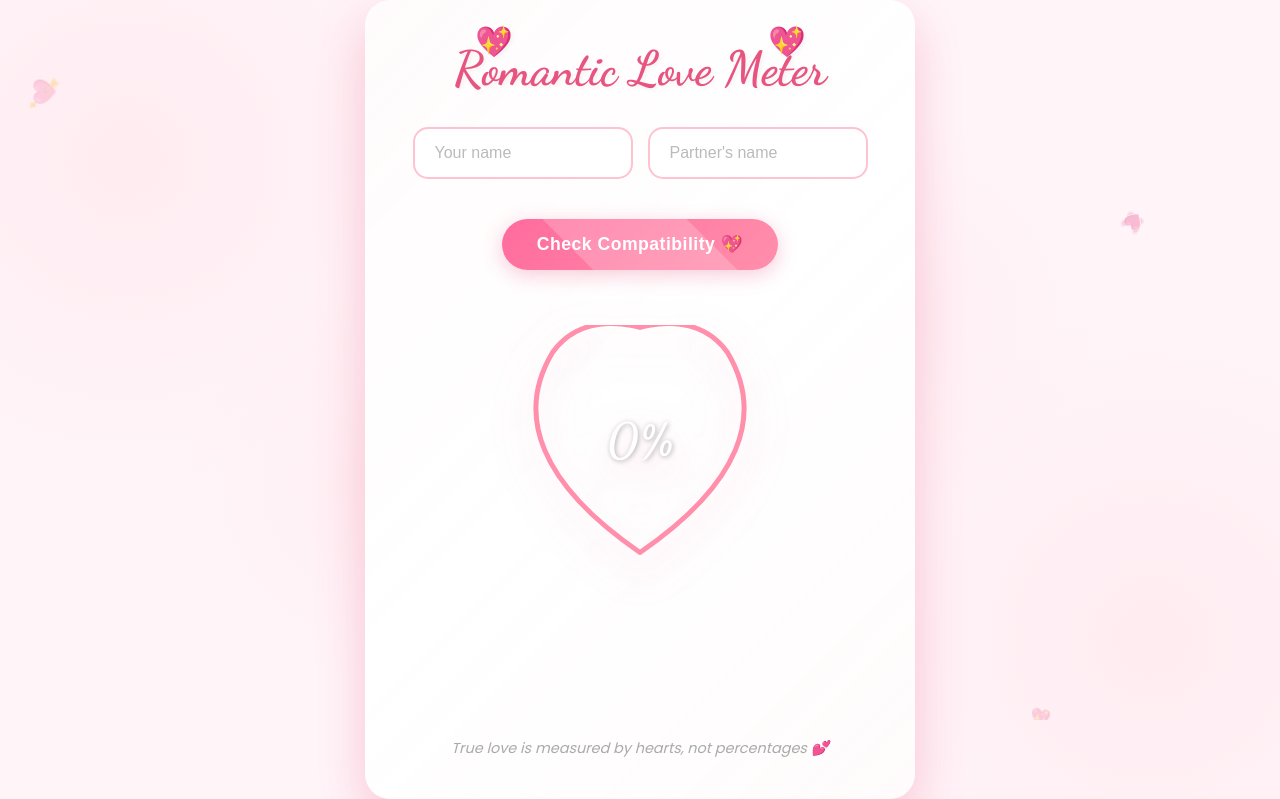
Repository: zhr-nabila/cek-jodoh
Page: cek.html
These files come from the project's save history. The page is drawn as it stood at one moment and after the next save; the edit follows.
The browser window is 1280 px wide. The pictures show the whole page.

Above is the page before, as saved 2025-06-10 00:19:45.

### cek.html
<!DOCTYPE html>
<html lang="en">
<head>
  <meta charset="UTF-8" />
  <meta name="viewport" content="width=device-width, initial-scale=1.0"/>
  <title>Romantic Love Meter</title>
  <link rel="stylesheet" href="https://cdnjs.cloudflare.com/ajax/libs/animate.css/4.1.1/animate.min.css"/>
  <style>
    @import url('https://fonts.googleapis.com/css2?family=Dancing+Script:wght@700&family=Poppins:wght@300;400;500;600&display=swap');

    :root {
      --pink-dark: #e75480;
      --pink-medium: #ff6b9d;
      --pink-light: #ff8fab;
      --pink-soft: #ffc2d1;
      --pink-pale: #fff5f9;
      --shadow-pink: rgba(231, 84, 128, 0.3);
    }

    * {
      box-sizing: border-box;
      margin: 0;
      padding: 0;
    }

    body {
      background-color: var(--pink-pale);
      font-family: 'Poppins', sans-serif;
      text-align: center;
      padding: 0;
      margin: 0;
      min-height: 100vh;
      display: flex;
      justify-content: center;
      align-items: center;
      background-image:
        radial-gradient(circle at 10% 20%, rgba(255, 182, 193, 0.15) 0%, transparent 25%),
        radial-gradient(circle at 90% 80%, rgba(255, 182, 193, 0.15) 0%, transparent 25%),
        radial-gradient(circle at 30% 60%, rgba(255, 182, 193, 0.1) 0%, transparent 20%),
        radial-gradient(circle at 70% 40%, rgba(255, 182, 193, 0.1) 0%, transparent 20%);
      overflow-x: hidden;
    }

    .container {
      background: white;
      border-radius: 25px;
      padding: 40px;
      box-shadow: 0 20px 50px var(--shadow-pink);
      width: 95%;
      max-width: 550px;
      position: relative;
      overflow: hidden;
      transition: transform 0.3s ease;
      z-index: 1;
    }

    .container::before {
      content: '';
      position: absolute;
      top: -10px;
      left: -10px;
      right: -10px;
      bottom: -10px;
      background: linear-gradient(135deg, rgba(255,192,203,0.1) 0%, rgba(255,255,255,0) 50%, rgba(255,192,203,0.1) 100%);
      border-radius: 30px;
      z-index: -1;
      animation: shine 8s infinite;
    }

    @keyframes shine {
      0%, 100% { opacity: 0.3; }
      50% { opacity: 0.8; }
    }

    h1 {
      color: var(--pink-dark);
      font-size: 3rem;
      margin-bottom: 30px;
      font-family: 'Dancing Script', cursive;
      text-shadow: 2px 2px 4px rgba(0,0,0,0.05);
      position: relative;
      animation: fadeInDown 1s ease;
    }

    h1::after, h1::before {
      content: '💖';
      position: absolute;
      font-size: 1.8rem;
      animation: heartbeat 1.5s infinite;
    }

    h1::after {
      top: -15px;
      right: 15%;
    }

    h1::before {
      top: -15px;
      left: 15%;
    }

    .input-group {
      display: flex;
      gap: 15px;
      margin-bottom: 25px;
      justify-content: center;
      animation: fadeIn 1s ease 0.2s both;
    }

    input {
      padding: 15px 20px;
      font-size: 1rem;
      border-radius: 15px;
      border: 2px solid var(--pink-soft);
      width: 100%;
      max-width: 220px;
      transition: all 0.3s;
      background-color: rgba(255,255,255,0.9);
      color: #555;
      font-weight: 500;
    }

    input::placeholder {
      color: #bbb;
      font-weight: 400;
    }

    input:focus {
      outline: none;
      border-color: var(--pink-medium);
      box-shadow: 0 0 0 4px rgba(255,107,157,0.2);
      transform: translateY(-2px);
    }

    button {
      padding: 15px 35px;
      background: linear-gradient(135deg, var(--pink-medium) 0%, var(--pink-light) 100%);
      border: none;
      border-radius: 50px;
      color: white;
      font-size: 1.1rem;
      font-weight: 600;
      cursor: pointer;
      transition: all 0.3s;
      box-shadow: 0 5px 20px var(--shadow-pink);
      margin: 15px 0 25px;
      position: relative;
      overflow: hidden;
      animation: fadeIn 1s ease 0.4s both;
      letter-spacing: 0.5px;
    }

    button:hover {
      transform: translateY(-5px);
      box-shadow: 0 10px 25px rgba(231, 84, 128, 0.5);
      background: linear-gradient(135deg, var(--pink-dark) 0%, var(--pink-medium) 100%);
    }

    button:active {
      transform: translateY(1px);
    }

    button::after {
      content: '';
      position: absolute;
      top: -50%;
      left: -50%;
      width: 200%;
      height: 200%;
      background: rgba(255,255,255,0.2);
      transform: rotate(45deg);
      transition: all 0.7s;
    }

    button:hover::after {
      left: 100%;
    }

    .love-meter-container {
      perspective: 1000px;
      margin: 30px auto;
      animation: fadeIn 1s ease 0.6s both;
    }

    .love-meter {
      position: relative;
      width: 250px;
      height: 230px;
      margin: 0 auto;
      filter: drop-shadow(0 15px 20px rgba(231, 84, 128, 0.25));
      transform-style: preserve-3d;
      transition: transform 0.5s ease;
    }

    .love-meter:hover {
      transform: rotateY(10deg) rotateX(5deg);
    }

    .heart-svg {
      width: 100%;
      height: 100%;
    }

    .love-fill {
      fill: url(#gradientFill);
      transition: y 1.5s cubic-bezier(0.68, -0.55, 0.27, 1.55),
                 height 1.5s cubic-bezier(0.68, -0.55, 0.27, 1.55);
    }

    .percentage {
      position: absolute;
      top: 50%;
      left: 50%;
      transform: translate(-50%, -50%);
      font-size: 3rem;
      font-weight: bold;
      color: white;
      text-shadow: 1px 1px 5px rgba(0,0,0,0.3);
      font-family: 'Dancing Script', cursive;
      transition: all 0.3s;
    }

    .message {
      font-size: 1.3rem;
      margin: 20px 0;
      color: var(--pink-dark);
      min-height: 60px;
      padding: 0 20px;
      line-height: 1.5;
      opacity: 0;
      transform: translateY(10px);
      transition: all 0.5s ease-out 0.5s;
      font-weight: 500;
    }

    .message.show {
      opacity: 1;
      transform: translateY(0);
    }

    .couple-names {
      display: flex;
      justify-content: center;
      align-items: center;
      gap: 15px;
      font-size: 1.5rem;
      color: var(--pink-dark);
      font-weight: 600;
      margin-bottom: 15px;
      opacity: 0;
      transform: scale(0.9);
      transition: all 0.5s ease-out 0.3s;
    }

    .couple-names.show {
      opacity: 1;
      transform: scale(1);
    }

    .heart-icon {
      color: var(--pink-medium);
      font-size: 1.8rem;
      animation: heartbeat 1.5s infinite;
      display: inline-block;
      transform-origin: center;
    }

    @keyframes heartbeat {
      0% { transform: scale(1); }
      25% { transform: scale(1.1); }
      50% { transform: scale(1); }
      75% { transform: scale(1.1); }
      100% { transform: scale(1); }
    }

    .floating-hearts {
      position: fixed;
      width: 100%;
      height: 100%;
      top: 0;
      left: 0;
      pointer-events: none;
      z-index: -1;
      overflow: hidden;
    }

    .floating-heart {
      position: absolute;
      font-size: 1rem;
      color: var(--pink-light);
      opacity: 0;
      animation: float-up 4s linear forwards;
      z-index: -1;
    }

    @keyframes float-up {
      0% {
        transform: translateY(100vh) rotate(0deg) scale(0.5);
        opacity: 0;
      }
      10% { opacity: 0.8; }
      100% {
        transform: translateY(-20vh) rotate(360deg) scale(1.2);
        opacity: 0;
      }
    }

    .sparkle {
      position: absolute;
      width: 5px;
      height: 5px;
      background-color: #fff;
      border-radius: 50%;
      pointer-events: none;
      opacity: 0;
      animation: sparkle 1s forwards;
    }

    @keyframes sparkle {
      0% {
        transform: scale(0);
        opacity: 0;
      }
      50% {
        opacity: 0.8;
      }
      100% {
        transform: scale(2);
        opacity: 0;
      }
    }

    .ripple {
      position: absolute;
      border-radius: 50%;
      background-color: rgba(255, 255, 255, 0.6);
      transform: scale(0);
      pointer-events: none;
      animation: ripple 1s ease-out;
    }

    @keyframes ripple {
      to {
        transform: scale(4);
        opacity: 0;
      }
    }

    .confetti {
      position: absolute;
      width: 10px;
      height: 10px;
      background-color: var(--pink-light);
      opacity: 0;
      animation: confetti-fall 3s linear forwards;
    }

    @keyframes confetti-fall {
      0% {
        transform: translateY(-100vh) rotate(0deg);
        opacity: 1;
      }
      100% {
        transform: translateY(100vh) rotate(360deg);
        opacity: 0;
      }
    }

    .footer-note {
      margin-top: 30px;
      font-size: 0.9rem;
      color: #aaa;
      font-style: italic;
      animation: fadeIn 1s ease 0.8s both;
    }

    @media (max-width: 600px) {
      .container {
        padding: 30px 20px;
        width: 95%;
      }

      h1 {
        font-size: 2.5rem;
      }

      h1::after, h1::before {
        font-size: 1.5rem;
      }

      .input-group {
        flex-direction: column;
        align-items: center;
        gap: 15px;
      }

      input {
        max-width: 100%;
        padding: 12px 15px;
      }

      .love-meter {
        width: 200px;
        height: 180px;
      }

      .percentage {
        font-size: 2.5rem;
      }

      button {
        padding: 12px 25px;
        font-size: 1rem;
      }

      .couple-names {
        font-size: 1.3rem;
      }

      .message {
        font-size: 1.1rem;
      }
    }

    /* Animations */
    @keyframes fadeIn {
      from { opacity: 0; }
      to { opacity: 1; }
    }

    @keyframes fadeInDown {
      from {
        opacity: 0;
        transform: translateY(-20px);
      }
      to {
        opacity: 1;
        transform: translateY(0);
      }
    }

    @keyframes bounceIn {
      from {
        opacity: 0;
        transform: scale(0.5);
      }
      to {
        opacity: 1;
        transform: scale(1);
      }
    }
  </style>
</head>
<body>
  <div class="container">
    <h1 class="animate__animated animate__fadeInDown">Romantic Love Meter</h1>

    <div class="input-group">
      <input type="text" id="name1" placeholder="Your name" class="animate__animated animate__fadeIn" />
      <input type="text" id="name2" placeholder="Partner's name" class="animate__animated animate__fadeIn" />
    </div>

    <button onclick="calculate()" class="animate__animated animate__fadeIn">Check Compatibility 💖</button>

    <div class="love-meter-container">
      <div class="love-meter">
        <svg viewBox="0 0 200 180" class="heart-svg">
          <defs>
            <clipPath id="heartClip">
              <path d="M100 180C20 125 0 70 30 20C55-15 100 0 100 0S145-15 170 20C200 70 180 125 100 180Z"/>
            </clipPath>
            <linearGradient id="gradientFill" x1="0" y1="1" x2="0" y2="0">
              <stop offset="0%" stop-color="#e75480"/>
              <stop offset="50%" stop-color="#ff6b9d"/>
              <stop offset="100%" stop-color="#ff8fab"/>
            </linearGradient>
          </defs>
          <rect class="love-fill" x="0" y="180" width="200" height="0" clip-path="url(#heartClip)" />
          <path d="M100 180C20 125 0 70 30 20C55-15 100 0 100 0S145-15 170 20C200 70 180 125 100 180Z"
                fill="none" stroke="#ff8fab" stroke-width="4" stroke-linejoin="round"/>
        </svg>
        <div class="percentage">0%</div>
      </div>
    </div>

    <div class="couple-names" id="couple-names">
      <span id="name1-output">You</span>
      <span class="heart-icon">❤️</span>
      <span id="name2-output">Partner</span>
    </div>

    <div class="message" id="message"></div>

    <div class="footer-note">True love is measured by hearts, not percentages 💕</div>
  </div>

  <div class="floating-hearts" id="floating-hearts"></div>

  <script>
    function calculateLove(name1, name2) {
      let score = 0;
      const combined = (name1 + name2).toLowerCase();

      // Calculate based on letters
      for (let char of combined) {
        score += char.charCodeAt(0);
      }

      // Add some randomness to make it fun
      const randomFactor = Math.floor(Math.random() * 11); // 0-10

      // Base score between 40-100 with random factor
      return Math.min(40 + (score % 61) + randomFactor, 100);
    }

    function getMessage(score) {
      if (score >= 95) return "Soulmates! Your love is written in the stars ✨💫";
      if (score >= 90) return "Eternal love! Your bond is unbreakable 💖";
      if (score >= 80) return "Perfect match! You're meant to be together 😍";
      if (score >= 70) return "Amazing chemistry! Your love shines bright 🌟";
      if (score >= 60) return "Great potential! Keep nurturing your love ❤️";
      if (score >= 50) return "Good connection! Love will grow with care 🌱";
      if (score >= 40) return "Friendship first! Love may blossom later 😊";
      return "Interesting match! Every love story is unique 💞";
    }

    function createHearts(count = 5) {
      const container = document.getElementById('floating-hearts');
      const heartIcons = ['❤️', '💖', '💗', '💓', '💘', '💝'];

      for (let i = 0; i < count; i++) {
        const heart = document.createElement('div');
        heart.classList.add('floating-heart');
        heart.innerHTML = heartIcons[Math.floor(Math.random() * heartIcons.length)];
        heart.style.left = Math.random() * 100 + 'vw';
        heart.style.animationDuration = Math.random() * 3 + 3 + 's';
        heart.style.fontSize = Math.random() * 20 + 15 + 'px';
        heart.style.animationDelay = Math.random() * 2 + 's';
        container.appendChild(heart);

        setTimeout(() => {
          heart.remove();
        }, 5000);
      }
    }

    function createSparkles(x, y) {
      for (let i = 0; i < 10; i++) {
        const sparkle = document.createElement('div');
        sparkle.classList.add('sparkle');
        sparkle.style.left = x + 'px';
        sparkle.style.top = y + 'px';
        sparkle.style.animationDelay = i * 0.1 + 's';
        document.body.appendChild(sparkle);

        setTimeout(() => {
          sparkle.remove();
        }, 1000);
      }
    }

    function createRipple(x, y) {
      const ripple = document.createElement('div');
      ripple.classList.add('ripple');
      ripple.style.left = x + 'px';
      ripple.style.top = y + 'px';
      document.body.appendChild(ripple);

      setTimeout(() => {
        ripple.remove();
      }, 1000);
    }

    function createConfetti() {
      const colors = ['#ff6b9d', '#ff8fab', '#ffc2d1', '#e75480', '#ffb6c1'];
      const container = document.getElementById('floating-hearts');

      for (let i = 0; i < 50; i++) {
        const confetti = document.createElement('div');
        confetti.classList.add('confetti');
        confetti.style.left = Math.random() * 100 + 'vw';
        confetti.style.backgroundColor = colors[Math.floor(Math.random() * colors.length)];
        confetti.style.width = Math.random() * 10 + 5 + 'px';
        confetti.style.height = Math.random() * 10 + 5 + 'px';
        confetti.style.animationDuration = Math.random() * 2 + 2 + 's';
        container.appendChild(confetti);

        setTimeout(() => {
          confetti.remove();
        }, 3000);
      }
    }

    function animateHeartBeat() {
      const heartIcon = document.querySelector('.heart-icon');
      heartIcon.style.animation = 'none';
      void heartIcon.offsetWidth; // Trigger reflow
      heartIcon.style.animation = 'heartbeat 0.6s ease 3';
    }

    function calculate() {
      const name1 = document.getElementById("name1").value.trim();
      const name2 = document.getElementById("name2").value.trim();
      const loveFill = document.querySelector(".love-fill");
      const percentage = document.querySelector(".percentage");
      const message = document.getElementById("message");
      const name1Output = document.getElementById("name1-output");
      const name2Output = document.getElementById("name2-output");
      const coupleNames = document.getElementById("couple-names");
      const container = document.querySelector(".container");

      if (!name1 || !name2) {
        alert("Please enter both names to measure your love!");
        return;
      }

      // Add click animation
      container.classList.add('animate__animated', 'animate__pulse');
      setTimeout(() => {
        container.classList.remove('animate__animated', 'animate__pulse');
      }, 1000);

      // Update names
      name1Output.textContent = name1 || "You";
      name2Output.textContent = name2 || "Partner";

      // Reset display
      loveFill.setAttribute("y", 180);
      loveFill.setAttribute("height", 0);
      percentage.textContent = "0%";
      message.textContent = "";
      message.classList.remove("show");
      coupleNames.classList.remove("show");

      // Calculate
      const percent = calculateLove(name1, name2);
      const maxHeight = 180;
      const fillHeight = (percent / 100) * maxHeight;

      // Animate after short delay
      setTimeout(() => {
        loveFill.setAttribute("y", maxHeight - fillHeight);
        loveFill.setAttribute("height", fillHeight);

        let current = 0;
        const timer = setInterval(() => {
          current++;
          percentage.textContent = current + "%";

          // Add heartbeat effect when reaching certain percentages
          if (current === 50 || current === 75 || current === percent) {
            animateHeartBeat();
          }

          if (current >= percent) {
            clearInterval(timer);
            message.textContent = getMessage(percent);
            message.classList.add("show");
            coupleNames.classList.add("show");

            // Create celebration effects based on score
            if (percent >= 80) {
              createConfetti();
              for (let i = 0; i < 20; i++) {
                setTimeout(() => {
                  createHearts(5);
                }, i * 100);
              }
            } else if (percent >= 60) {
              for (let i = 0; i < 15; i++) {
                setTimeout(() => {
                  createHearts(3);
                }, i * 150);
              }
            } else {
              for (let i = 0; i < 10; i++) {
                setTimeout(() => {
                  createHearts(2);
                }, i * 200);
              }
            }
          }
        }, 20);
      }, 100);
    }

    // Add sparkle effect when clicking on inputs
    document.querySelectorAll('input').forEach(input => {
      input.addEventListener('focus', (e) => {
        const rect = e.target.getBoundingClientRect();
        createSparkles(rect.left + rect.width/2, rect.top + rect.height/2);
      });
    });

    // Add ripple effect when clicking the button
    document.querySelector('button').addEventListener('click', (e) => {
      const rect = e.target.getBoundingClientRect();
      createRipple(rect.left + rect.width/2, rect.top + rect.height/2);
    });

    // Also check when pressing Enter
    document.addEventListener('keypress', function(e) {
      if (e.key === 'Enter') {
        calculate();
      }
    });

    // Initial floating hearts
    for (let i = 0; i < 8; i++) {
      setTimeout(() => {
        createHearts(1);
      }, i * 800);
    }
  </script>
</body>
</html>

After the next save:
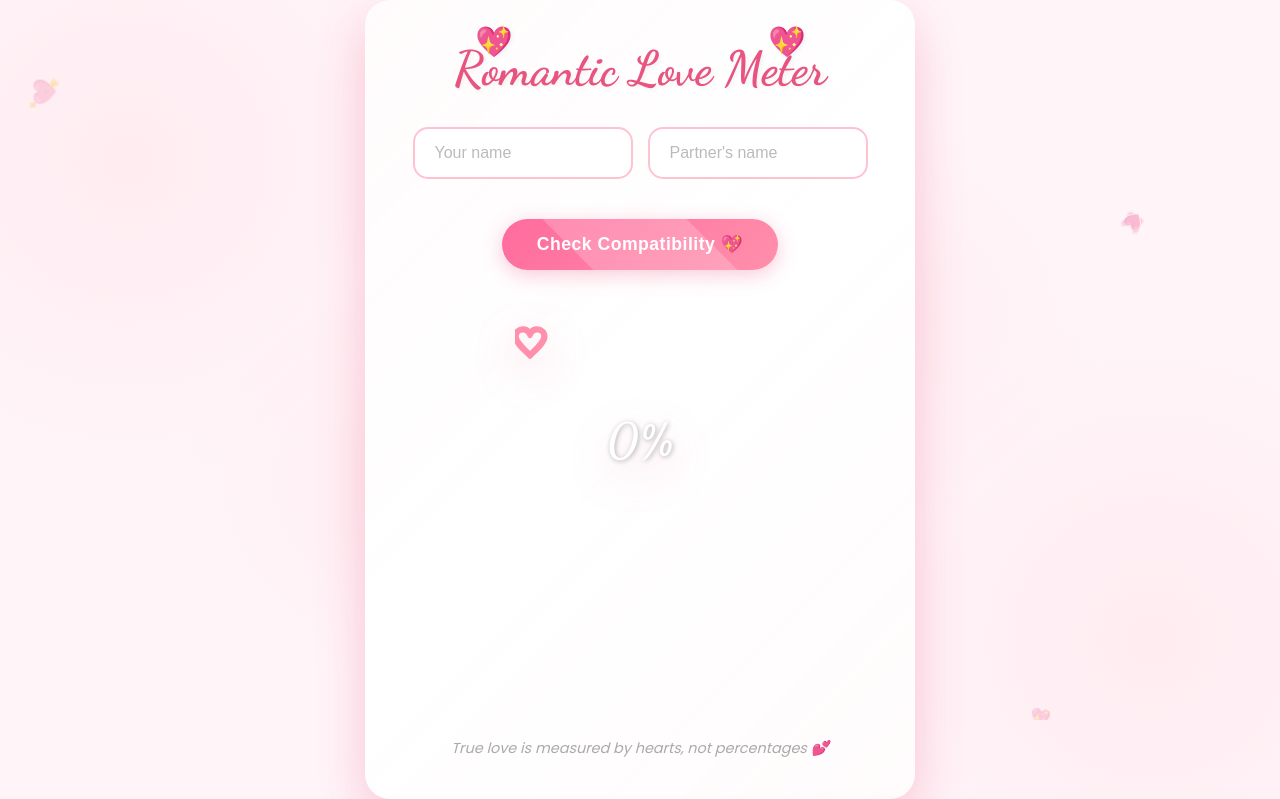
Saved 46 s later.
--- a/cek.html
+++ b/cek.html
@@ -476,7 +476,7 @@
             </linearGradient>
           </defs>
           <rect class="love-fill" x="0" y="180" width="200" height="0" clip-path="url(#heartClip)" />
-          <path d="M100 180C20 125 0 70 30 20C55-15 100 0 100 0S145-15 170 20C200 70 180 125 100 180Z"
+          <path d="M12 21.593c-5.63-5.539-11-10.297-11-14.402 0-3.791 3.068-5.191 5.281-5.191 1.312 0 4.151.501 5.719 4.457 1.59-3.968 4.464-4.447 5.726-4.447 2.54 0 5.274 1.621 5.274 5.181 0 4.069-5.136 8.625-11 14.402m5.726-20.583c-2.203 0-4.446 1.042-5.726 3.238-1.285-2.206-3.522-3.248-5.719-3.248-3.183 0-6.281 2.187-6.281 6.191 0 4.661 5.571 9.429 12 15.809 6.43-6.38 12-11.148 12-15.809 0-4.011-3.095-6.181-6.274-6.181"
                 fill="none" stroke="#ff8fab" stroke-width="4" stroke-linejoin="round"/>
         </svg>
         <div class="percentage">0%</div>

After the save that followed:
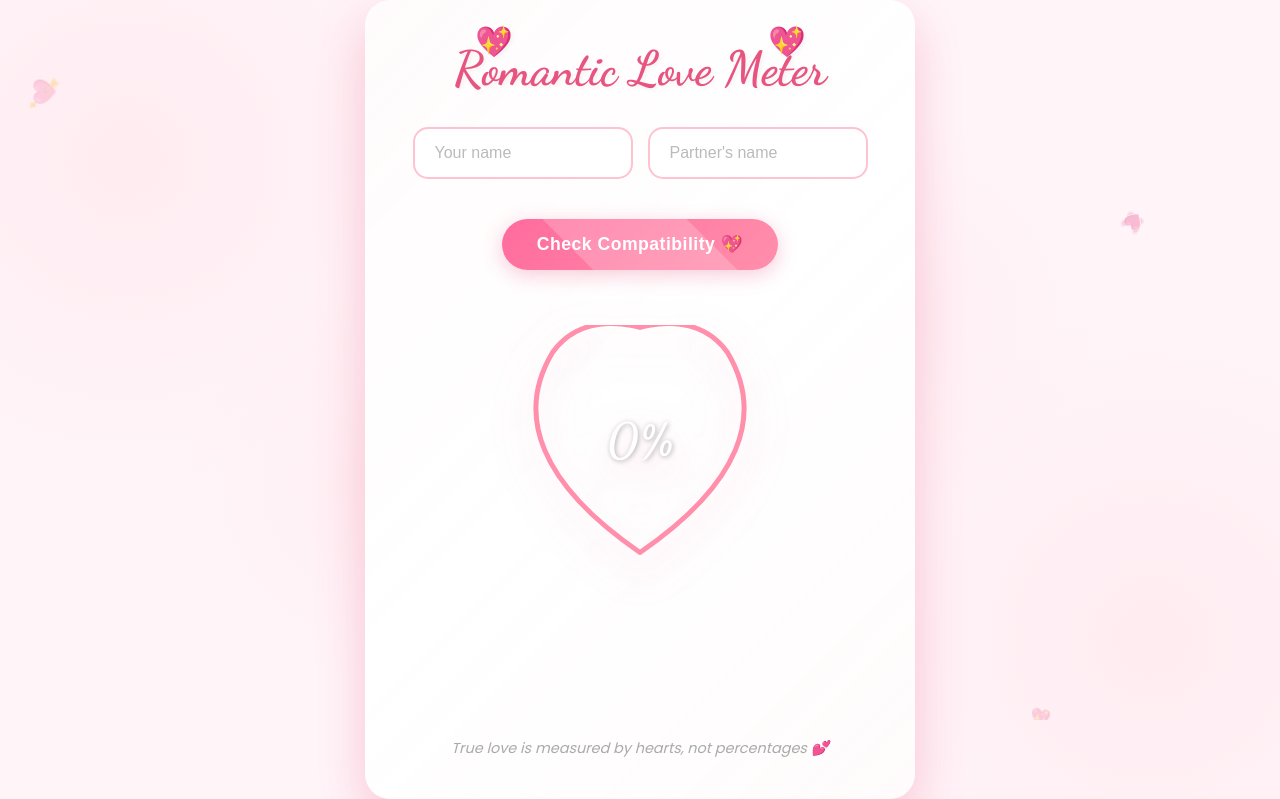
Saved 15 s later.
--- a/cek.html
+++ b/cek.html
@@ -476,7 +476,7 @@
             </linearGradient>
           </defs>
           <rect class="love-fill" x="0" y="180" width="200" height="0" clip-path="url(#heartClip)" />
-          <path d="M12 21.593c-5.63-5.539-11-10.297-11-14.402 0-3.791 3.068-5.191 5.281-5.191 1.312 0 4.151.501 5.719 4.457 1.59-3.968 4.464-4.447 5.726-4.447 2.54 0 5.274 1.621 5.274 5.181 0 4.069-5.136 8.625-11 14.402m5.726-20.583c-2.203 0-4.446 1.042-5.726 3.238-1.285-2.206-3.522-3.248-5.719-3.248-3.183 0-6.281 2.187-6.281 6.191 0 4.661 5.571 9.429 12 15.809 6.43-6.38 12-11.148 12-15.809 0-4.011-3.095-6.181-6.274-6.181"
+          <path d="M100 180C20 125 0 70 30 20C55-15 100 0 100 0S145-15 170 20C200 70 180 125 100 180Z"
                 fill="none" stroke="#ff8fab" stroke-width="4" stroke-linejoin="round"/>
         </svg>
         <div class="percentage">0%</div>
